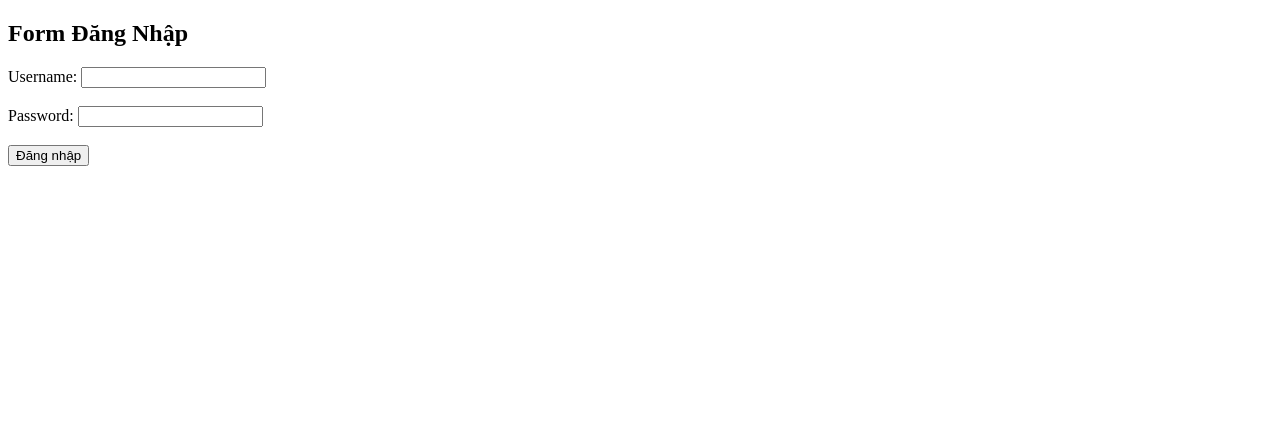
Repository: tanguyenhuy/LapTrinhWeb_BT4
Page: http://localhost/bt1/views/login.jsp
These files come from the project's save history. The page is drawn as it stood at one moment and after the next save; the edit follows.
The browser window is 1280 px wide. The pictures show the whole page.
The page is served by Tomcat 10. Nobody is signed in. The application's start-up code is not run. Other server files are loaded and not shown.

Above is the page before, as saved 2026-08-25 13:19:00.

### bt1/src/main/webapp/views/login.jsp
<%@ page language="java" contentType="text/html; charset=UTF-8"
    pageEncoding="UTF-8"%>
<!DOCTYPE html>
<html>
<head>
<meta charset="UTF-8">
<title>Insert title here</title>
</head>
<body>
	<h2>Form Đăng Nhập</h2>
    <form action="${pageContext.request.contextPath}/login" method="post">
        Username: <input type="text" name="username" required><br><br>
        Password: <input type="password" name="password" required><br><br>
        <button type="submit">Đăng nhập</button>
    </form>
</body>
</html>

After the next save:
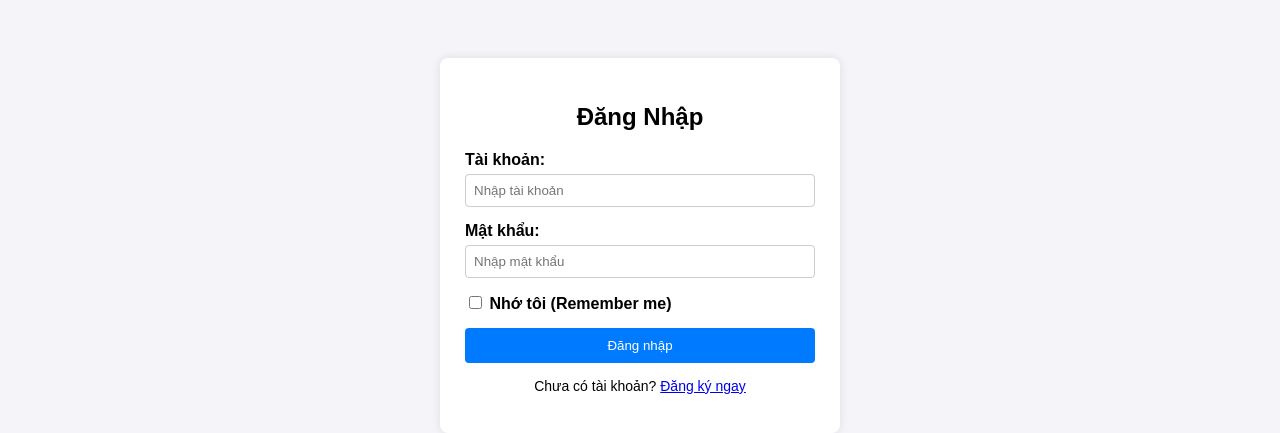
Saved 4 min 17 s later.
--- a/bt1/src/main/webapp/views/login.jsp
+++ b/bt1/src/main/webapp/views/login.jsp
@@ -1,17 +1,55 @@
-<%@ page language="java" contentType="text/html; charset=UTF-8"
-    pageEncoding="UTF-8"%>
+<%@ page language="java" contentType="text/html; charset=UTF-8" pageEncoding="UTF-8"%>
+<%@ taglib uri="http://java.sun.com/jsp/jstl/core" prefix="c" %>
 <!DOCTYPE html>
 <html>
 <head>
-<meta charset="UTF-8">
-<title>Insert title here</title>
+    <meta charset="UTF-8">
+    <title>Đăng nhập hệ thống</title>
+    <style>
+        body { font-family: Arial, sans-serif; background-color: #f4f4f9; padding: 50px; }
+        .form-box { width: 350px; margin: 0 auto; background: #fff; padding: 25px; border-radius: 8px; box-shadow: 0 0 10px rgba(0,0,0,0.1); }
+        .form-group { margin-bottom: 15px; }
+        .form-group label { display: block; margin-bottom: 5px; font-weight: bold; }
+        .form-group input[type="text"], .form-group input[type="password"] { width: 100%; padding: 8px; box-sizing: border-box; border: 1px solid #ccc; border-radius: 4px; }
+        .btn { width: 100%; padding: 10px; background-color: #007bff; color: white; border: none; border-radius: 4px; cursor: pointer; }
+        .btn:hover { background-color: #0056b3; }
+        .alert { color: red; margin-bottom: 15px; font-size: 14px; text-align: center; }
+    </style>
 </head>
 <body>
-	<h2>Form Đăng Nhập</h2>
+
+<div class="form-box">
+    <h2 style="text-align: center;">Đăng Nhập</h2>
+
+    <!-- Hiển thị thông báo lỗi nếu có -->
+    <c:if test="${alert != null}">
+        <div class="alert">${alert}</div>
+    </c:if>
+
     <form action="${pageContext.request.contextPath}/login" method="post">
-        Username: <input type="text" name="username" required><br><br>
-        Password: <input type="password" name="password" required><br><br>
-        <button type="submit">Đăng nhập</button>
+        <div class="form-group">
+            <label>Tài khoản:</label>
+            <input type="text" name="username" placeholder="Nhập tài khoản" required>
+        </div>
+
+        <div class="form-group">
+            <label>Mật khẩu:</label>
+            <input type="password" name="password" placeholder="Nhập mật khẩu" required>
+        </div>
+
+        <div class="form-group">
+            <label>
+                <input type="checkbox" name="remember"> Nhớ tôi (Remember me)
+            </label>
+        </div>
+
+        <button type="submit" class="btn">Đăng nhập</button>
     </form>
+
+    <p style="text-align: center; margin-top: 15px; font-size: 14px;">
+        Chưa có tài khoản? <a href="${pageContext.request.contextPath}/register">Đăng ký ngay</a>
+    </p>
+</div>
+
 </body>
 </html>
